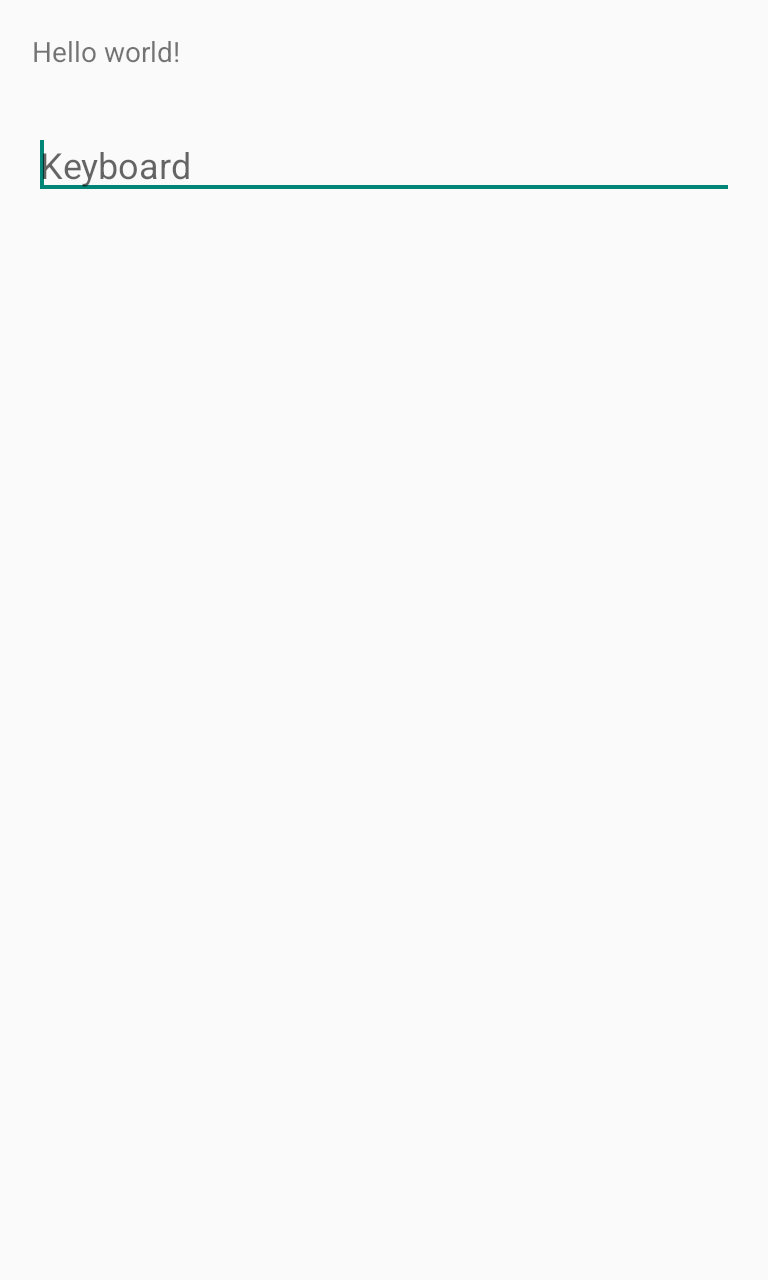
Repository: cjo9703/household
Layout: house_hold/house_hold/res/layout/activity_main.xml
These files come from the project's save history. The layout is drawn as it stood at one moment and after the next save; the edit follows.
It is drawn on a 768 x 1280 px phone screen (xhdpi) without system bars, with theme AppTheme; the app's code is not run.

Above is the layout before, as saved 2014-09-14 16:08:45.

After the next save:
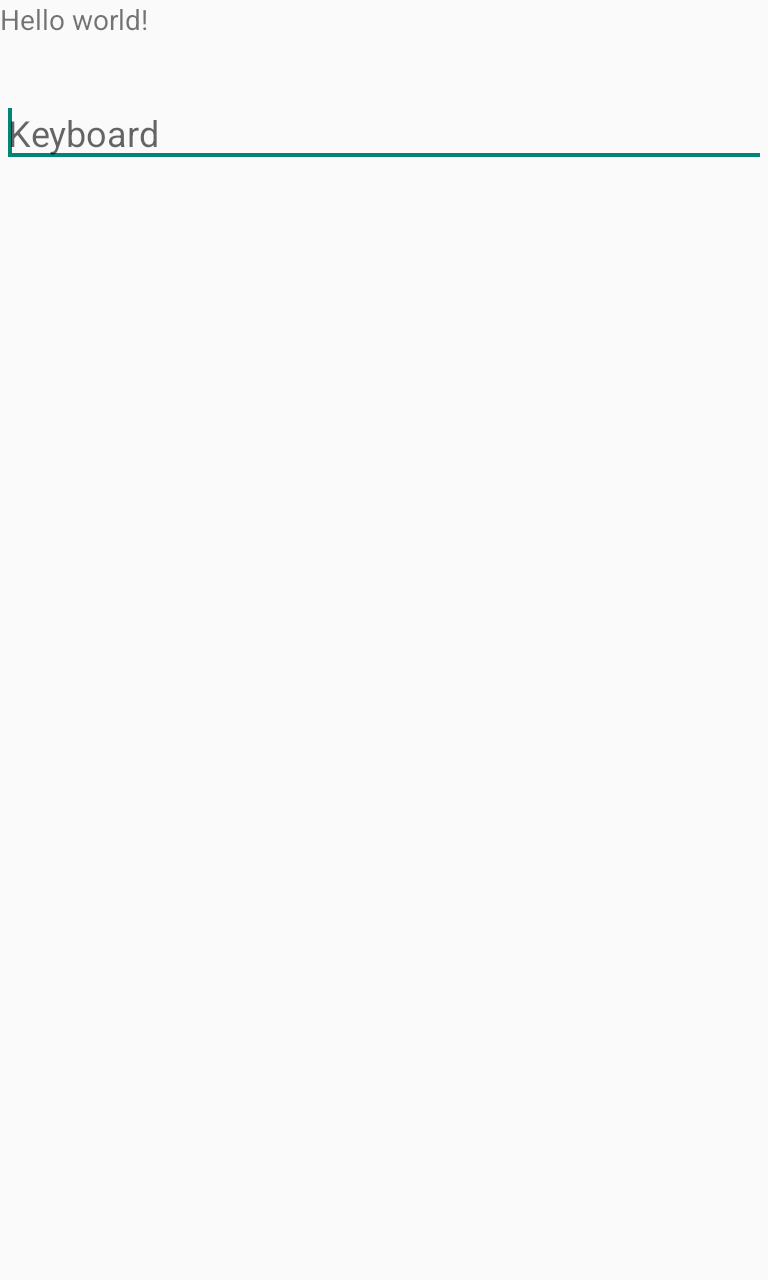
Saved 2 min 35 s later.
--- a/house_hold/house_hold/res/layout/activity_main.xml
+++ b/house_hold/house_hold/res/layout/activity_main.xml
@@ -1,4 +1,5 @@
 <RelativeLayout xmlns:android="http://schemas.android.com/apk/res/android"
+    xmlns:custom="http://schemas.android.com/apk/res/com.example.customviews">
     xmlns:tools="http://schemas.android.com/tools"
     android:layout_width="match_parent"
     android:layout_height="match_parent"

After the save that followed:
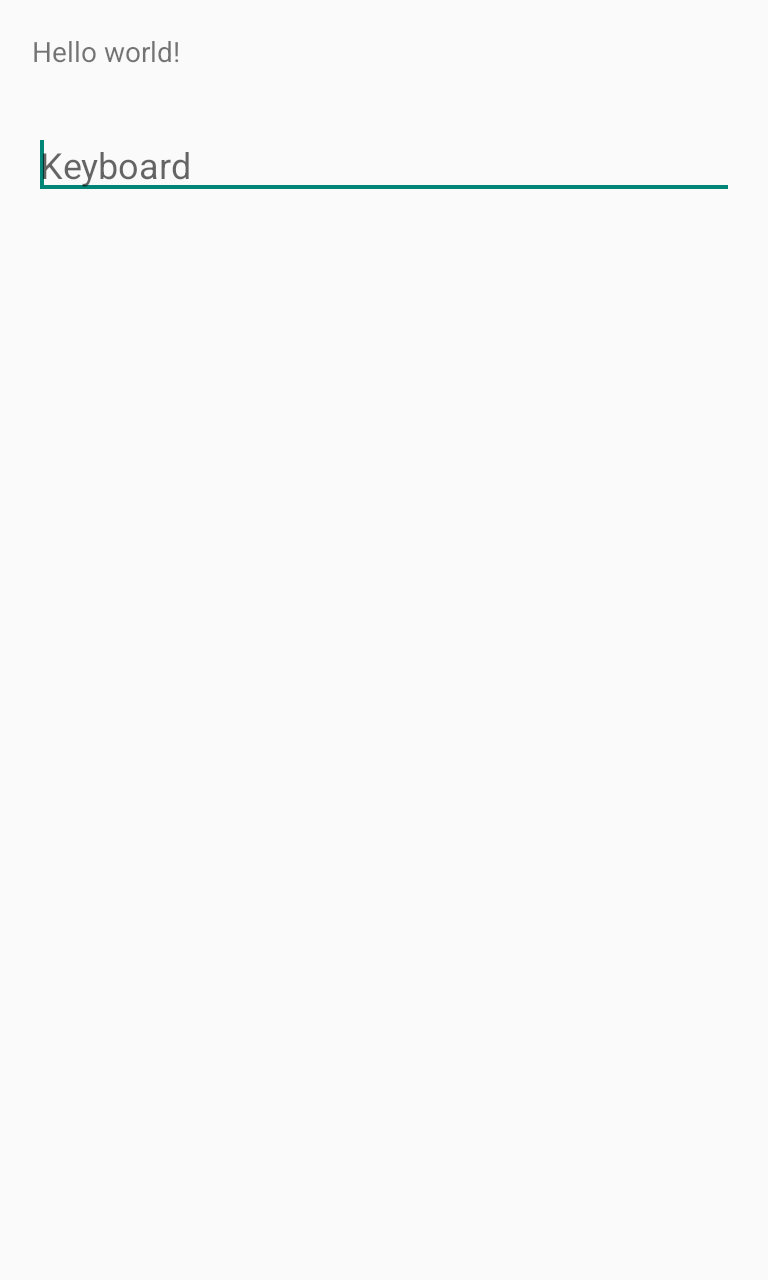
Saved 11 s later.
--- a/house_hold/house_hold/res/layout/activity_main.xml
+++ b/house_hold/house_hold/res/layout/activity_main.xml
@@ -1,5 +1,4 @@
 <RelativeLayout xmlns:android="http://schemas.android.com/apk/res/android"
-    xmlns:custom="http://schemas.android.com/apk/res/com.example.customviews">
     xmlns:tools="http://schemas.android.com/tools"
     android:layout_width="match_parent"
     android:layout_height="match_parent"
